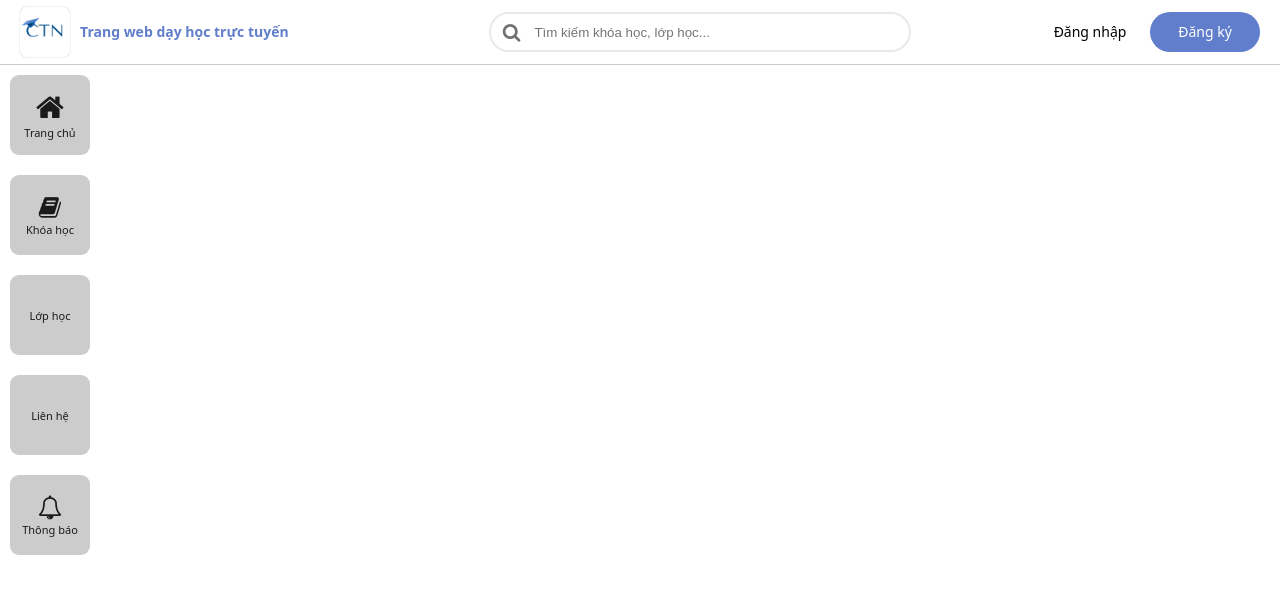
Repository: Nieday306/shophoaqua
Page: index.html
These files come from the project's save history. The page is drawn as it stood at one moment and after the next save; the edit follows.
The browser window is 1280 px wide. The pictures show the whole page.

Above is the page before, as saved 2024-04-07 10:43:04.

After the next save:
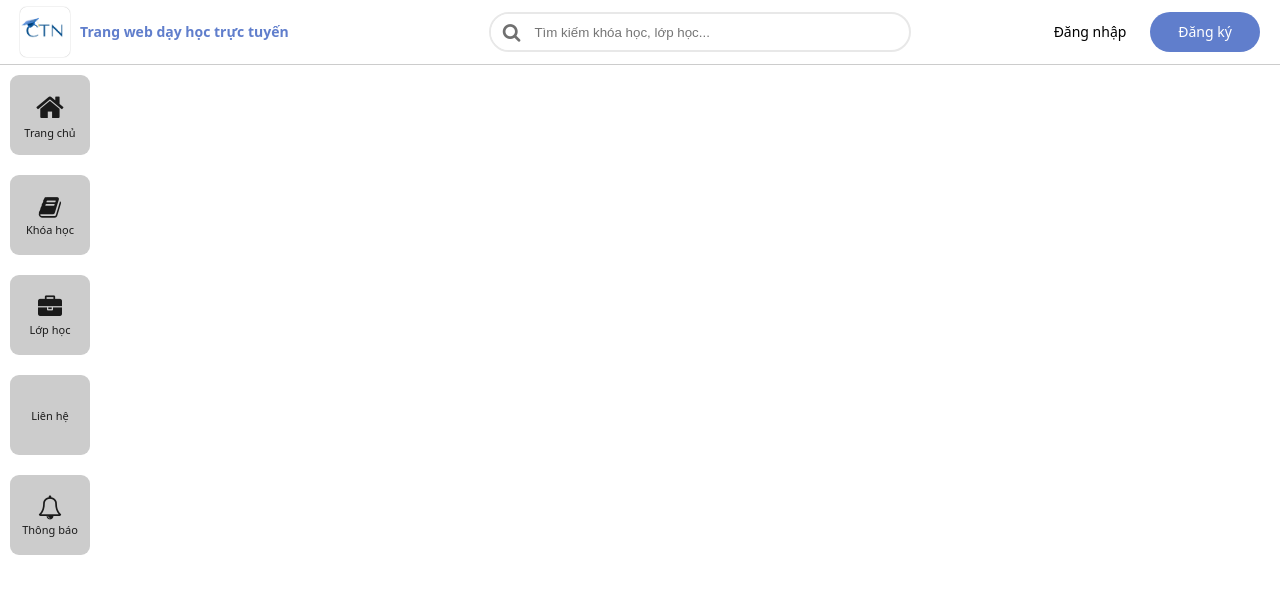
Saved 36 s later.
--- a/index.html
+++ b/index.html
@@ -139,7 +139,10 @@
             >
           </li>
           <li class="sidebar__item">
-            <a href="#!" class="sidebar__desc">Lớp học</a>
+            <a href="#!" class="sidebar__desc"
+              ><i class="fa fa-briefcase" style="font-size: 24px"></i
+              ><span>Lớp học</span></a
+            >
           </li>
           <li class="sidebar__item">
             <a href="#!" class="sidebar__desc">Liên hệ</a>
